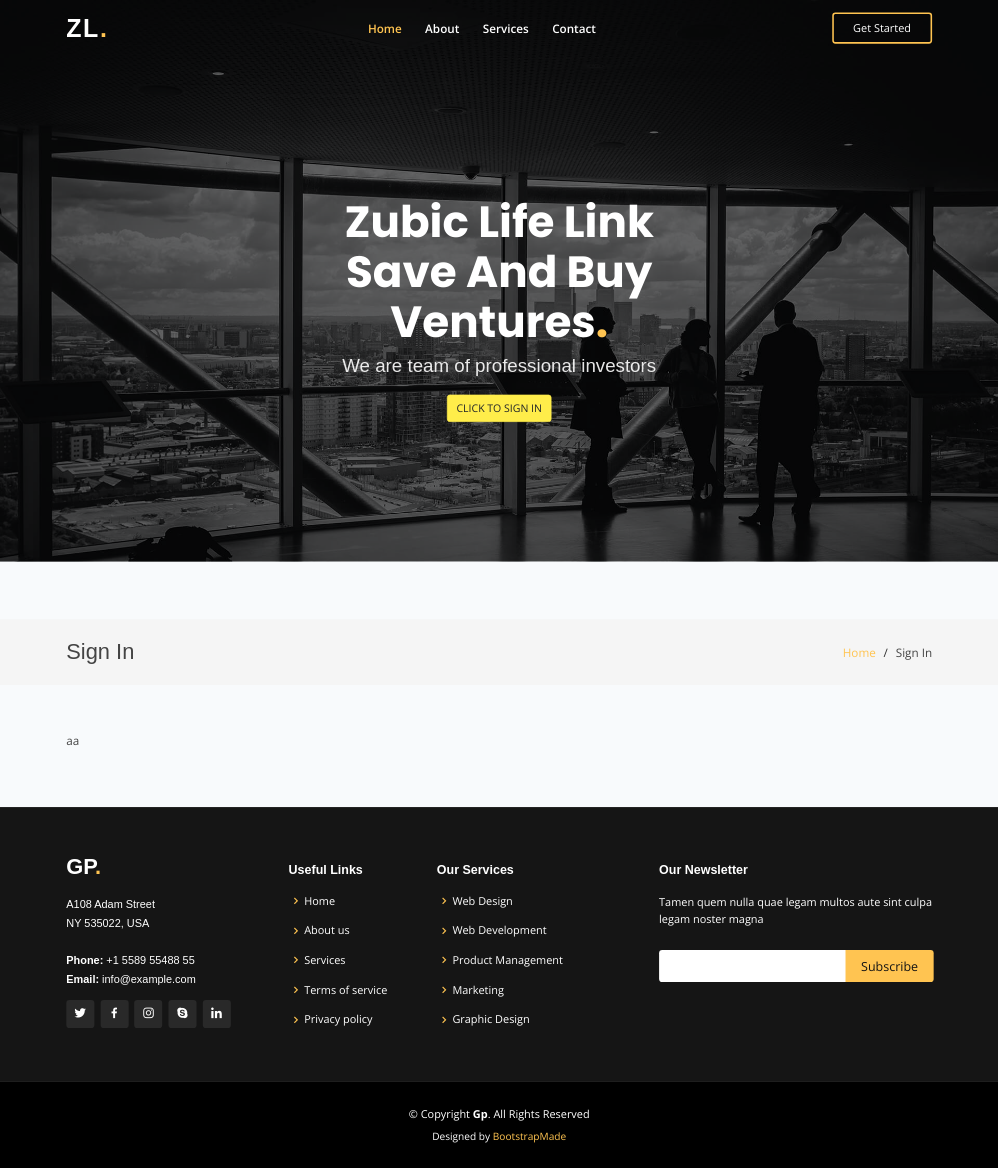
Repository: seyicoded/Zubi-Life-Ventures
Page: http://localhost/safelock
These files come from the project's save history. The page is drawn as it stood at one moment and after the next save; the edit follows.
The browser window is 1280 px wide. The pictures show the whole page, at 78% of full size.
Backgrounds fixed to the window are drawn as part of the page. Some web fonts or font styles are not loaded; a fallback is used. The page is served by the project's Laravel application, run on PHP 8.4 with Laravel 8. The database holds what the project's SQL file puts in it.

Above is the page before, as saved 2021-11-12 22:58:44.

After the next save:
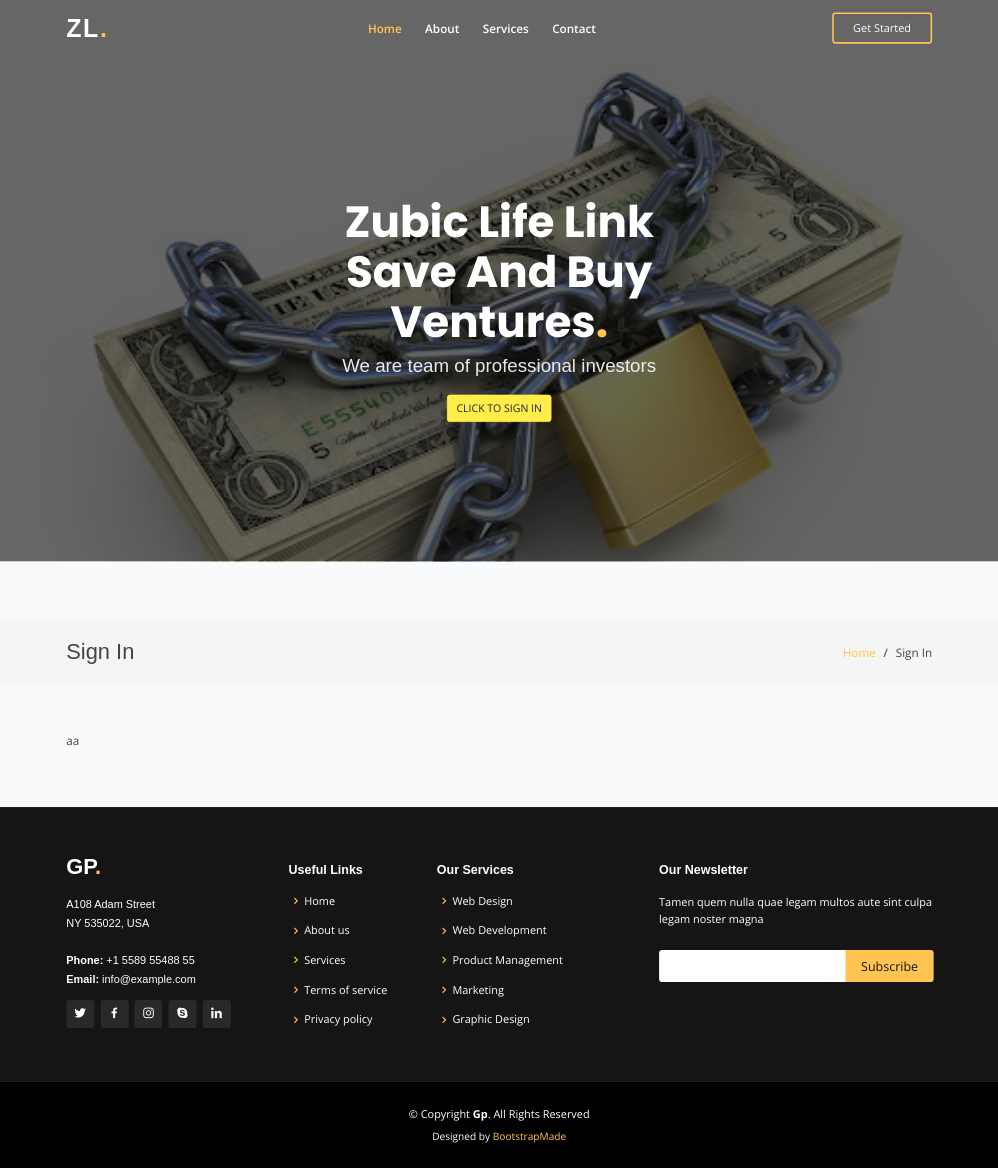
Saved 14 s later.
--- a/resources/views/user/category.blade.php
+++ b/resources/views/user/category.blade.php
@@ -3,7 +3,7 @@
 @section('content')
     <style>
         #hero{
-            background-image: url("{{url('auto_images/category/'.$data['cat']->main_image)}}") top center !important;
+            background-image: url("{{url('auto_images/category/'.$data['cat']->main_image)}}");
         }
     </style>
     <!-- ======= Hero Section ======= -->

After the save that followed:
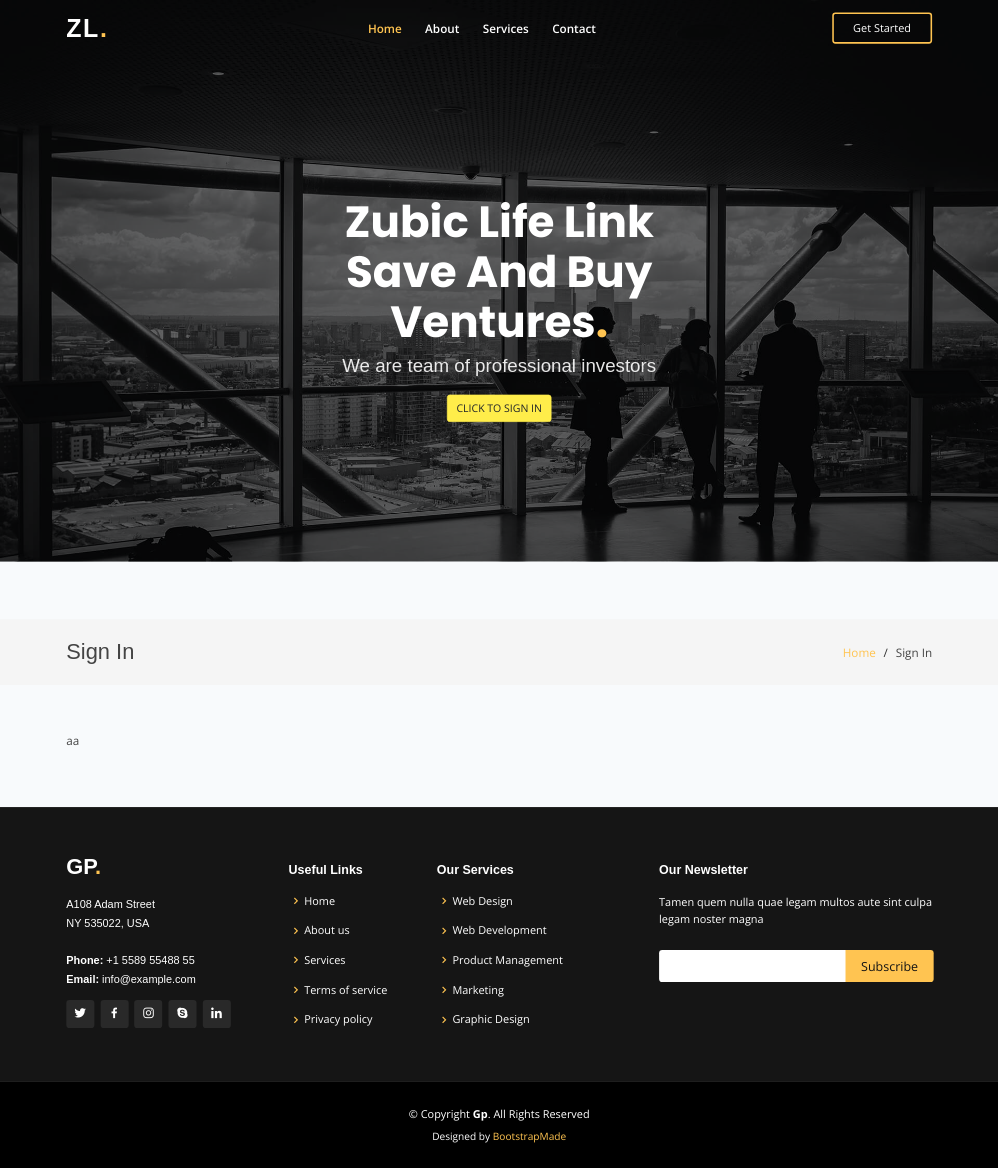
Saved 12 s later.
--- a/resources/views/user/category.blade.php
+++ b/resources/views/user/category.blade.php
@@ -3,7 +3,7 @@
 @section('content')
     <style>
         #hero{
-            background-image: url("{{url('auto_images/category/'.$data['cat']->main_image)}}");
+            background-image: url("{{url('auto_images/category/'.$data['cat']->main_image)}}") top center ;
         }
     </style>
     <!-- ======= Hero Section ======= -->
